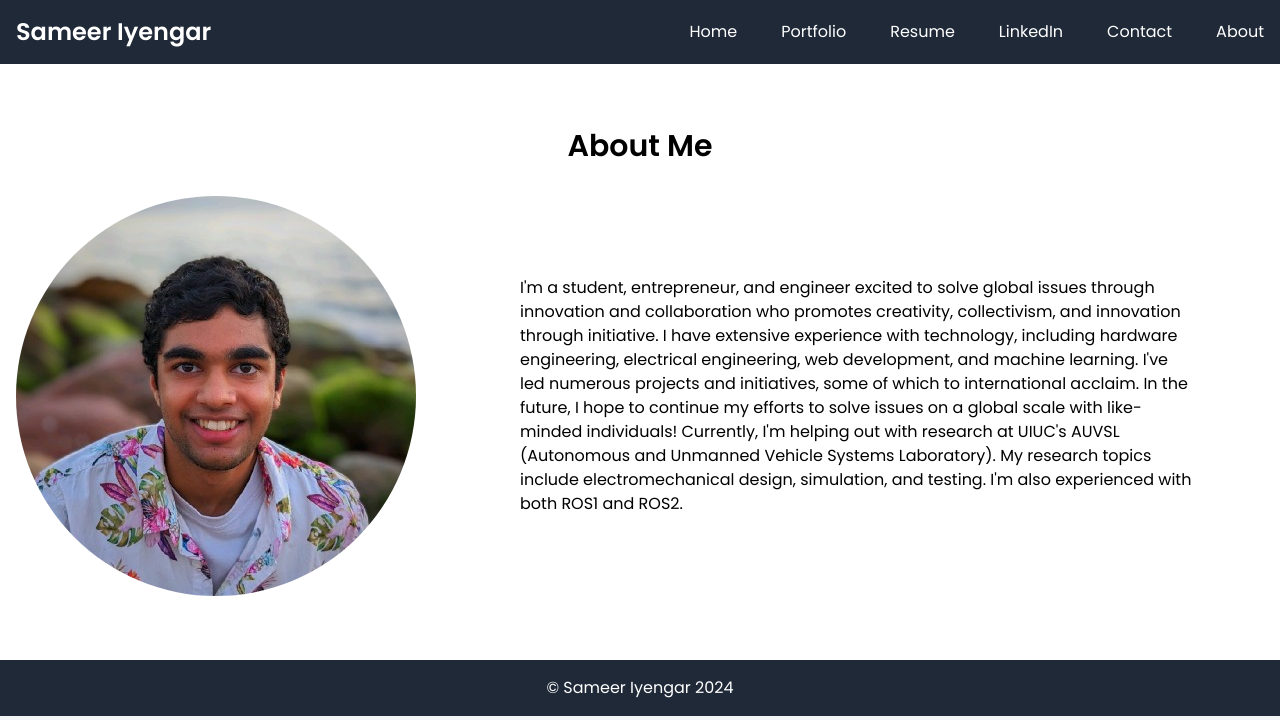
Repository: siyengar04/siyengar04.github.io
Page: about.html
These files come from the project's save history. The page is drawn as it stood at one moment and after the next save; the edit follows.
The browser window is 1280 px wide. The pictures show the whole page.
Some web libraries are served in a nearby version.

Above is the page before, as saved 2024-11-01 13:49:27.

### about.html
<!DOCTYPE html>
<html lang="en">

<head>
    <meta charset="UTF-8">
    <meta name="viewport" content="width=device-width, initial-scale=1.0">
    <title>Photography Portfolio</title>
    <script src="https://cdn.tailwindcss.com"></script>
    <link href="/src/output.css" rel="stylesheet">
    <link href="https://fonts.googleapis.com/css2?family=Poppins:wght@300;400;600&display=swap" rel="stylesheet">
    <style>
        body {
            font-family: 'Poppins', sans-serif;
        }
    </style>
</head>

<body class="bg-gray-100">
    <header class="bg-gray-800 text-white py-4">
        <div class="container mx-auto flex justify-between items-center px-4">
            <h1 class="text-2xl font-semibold">Sameer Iyengar</h1>
            <div class="md:hidden">
                <button id="nav-toggle" class="text-white focus:outline-none">
                    <svg xmlns="http://www.w3.org/2000/svg" class="h-6 w-6" fill="none" viewBox="0 0 24 24" stroke="currentColor">
                        <path stroke-linecap="round" stroke-linejoin="round" stroke-width="2" d="M4 6h16M4 12h16m-7 6h7" />
                    </svg>
                </button>
            </div>
            <nav id="nav-menu" class="hidden md:flex md:space-x-6">
                <ul class="flex flex-col md:flex-row space-y-4 md:space-y-0 md:space-x-6">
                    <li><a href="index.html" class="hover:text-gray-400">Home</a></li>
                    <li><a href="/portfolio.html" class="hover:text-gray-400">Portfolio</a></li>
                    <li><a href="/resume.html" class="hover:text-gray-400">Resume</a></li>
                    <li><a href="https://www.linkedin.com/in/sameer-iyengar/" class="hover:text-gray-400">LinkedIn</a></li>
                    <li><a href="/contact.html" class="hover:text-gray-400">Contact</a></li>
                    <li><a href="/about.html" class="hover:text-gray-400">About</a></li>
                </ul>
            </nav>
        </div>
    </header>
    <section id="about" class="about py-16 bg-white">
        <h2 class="text-3xl text-center font-bold mb-8">About Me</h2>

        <div class="container mx-auto px-4 flex flex-col md:flex-row items-center">
            <img src="/images/profile.jpg" alt="Profile Picture" class="w-100 h-100 rounded-full mb-8 md:mb-0 md:mr-8">
            <div class="text-left md:text-left md:flex-1">
                <p class="text-left max-w-2xl mx-auto">I'm a student, entrepreneur, and engineer excited to solve global issues through innovation and collaboration who promotes creativity, collectivism, and innovation through initiative. I have extensive experience with technology, including hardware engineering, electrical engineering, web development, and machine learning. I've led numerous projects and initiatives, some of which to international acclaim. In the future, I hope to continue my efforts to solve issues on a global scale with like-minded individuals! Currently, I'm helping out with research at UIUC's AUVSL (Autonomous and Unmanned Vehicle Systems Laboratory). My research topics include electromechanical design, simulation, and testing. I'm also experienced with both ROS1 and ROS2. </p>
            </div>
        </div>
    </section>


    <footer class="bg-gray-800 text-white text-center py-4">
        <div class="container mx-auto">
            <p>&copy; Sameer Iyengar 2024</p>
        </div>
    </footer>

    <script>
        const navToggle = document.getElementById('nav-toggle');
        const navMenu = document.getElementById('nav-menu');

        navToggle.addEventListener('click', () => {
            navMenu.classList.toggle('hidden');
        });
    </script>
</body>

</html>

### src/output.css
*, ::before, ::after {
  --tw-border-spacing-x: 0;
  --tw-border-spacing-y: 0;
  --tw-translate-x: 0;
  --tw-translate-y: 0;
  --tw-rotate: 0;
  --tw-skew-x: 0;
  --tw-skew-y: 0;
  --tw-scale-x: 1;
  --tw-scale-y: 1;
  --tw-pan-x:  ;
  --tw-pan-y:  ;
  --tw-pinch-zoom:  ;
  --tw-scroll-snap-strictness: proximity;
  --tw-gradient-from-position:  ;
  --tw-gradient-via-position:  ;
  --tw-gradient-to-position:  ;
  --tw-ordinal:  ;
  --tw-slashed-zero:  ;
  --tw-numeric-figure:  ;
  --tw-numeric-spacing:  ;
  --tw-numeric-fraction:  ;
  --tw-ring-inset:  ;
  --tw-ring-offset-width: 0px;
  --tw-ring-offset-color: #fff;
  --tw-ring-color: rgb(59 130 246 / 0.5);
  --tw-ring-offset-shadow: 0 0 #0000;
  --tw-ring-shadow: 0 0 #0000;
  --tw-shadow: 0 0 #0000;
  --tw-shadow-colored: 0 0 #0000;
  --tw-blur:  ;
  --tw-brightness:  ;
  --tw-contrast:  ;
  --tw-grayscale:  ;
  --tw-hue-rotate:  ;
  --tw-invert:  ;
  --tw-saturate:  ;
  --tw-sepia:  ;
  --tw-drop-shadow:  ;
  --tw-backdrop-blur:  ;
  --tw-backdrop-brightness:  ;
  --tw-backdrop-contrast:  ;
  --tw-backdrop-grayscale:  ;
  --tw-backdrop-hue-rotate:  ;
  --tw-backdrop-invert:  ;
  --tw-backdrop-opacity:  ;
  --tw-backdrop-saturate:  ;
  --tw-backdrop-sepia:  ;
  --tw-contain-size:  ;
  --tw-contain-layout:  ;
  --tw-contain-paint:  ;
  --tw-contain-style:  ;
}

::backdrop {
  --tw-border-spacing-x: 0;
  --tw-border-spacing-y: 0;
  --tw-translate-x: 0;
  --tw-translate-y: 0;
  --tw-rotate: 0;
  --tw-skew-x: 0;
  --tw-skew-y: 0;
  --tw-scale-x: 1;
  --tw-scale-y: 1;
  --tw-pan-x:  ;
  --tw-pan-y:  ;
  --tw-pinch-zoom:  ;
  --tw-scroll-snap-strictness: proximity;
  --tw-gradient-from-position:  ;
  --tw-gradient-via-position:  ;
  --tw-gradient-to-position:  ;
  --tw-ordinal:  ;
  --tw-slashed-zero:  ;
  --tw-numeric-figure:  ;
  --tw-numeric-spacing:  ;
  --tw-numeric-fraction:  ;
  --tw-ring-inset:  ;
  --tw-ring-offset-width: 0px;
  --tw-ring-offset-color: #fff;
  --tw-ring-color: rgb(59 130 246 / 0.5);
  --tw-ring-offset-shadow: 0 0 #0000;
  --tw-ring-shadow: 0 0 #0000;
  --tw-shadow: 0 0 #0000;
  --tw-shadow-colored: 0 0 #0000;
  --tw-blur:  ;
  --tw-brightness:  ;
  --tw-contrast:  ;
  --tw-grayscale:  ;
  --tw-hue-rotate:  ;
  --tw-invert:  ;
  --tw-saturate:  ;
  --tw-sepia:  ;
  --tw-drop-shadow:  ;
  --tw-backdrop-blur:  ;
  --tw-backdrop-brightness:  ;
  --tw-backdrop-contrast:  ;
  --tw-backdrop-grayscale:  ;
  --tw-backdrop-hue-rotate:  ;
  --tw-backdrop-invert:  ;
  --tw-backdrop-opacity:  ;
  --tw-backdrop-saturate:  ;
  --tw-backdrop-sepia:  ;
  --tw-contain-size:  ;
  --tw-contain-layout:  ;
  --tw-contain-paint:  ;
  --tw-contain-style:  ;
}

/*
! tailwindcss v3.4.14 | MIT License | https://tailwindcss.com
*/

/*
1. Prevent padding and border from affecting element width. (https://github.com/mozdevs/cssremedy/issues/4)
2. Allow adding a border to an element by just adding a border-width. (https://github.com/tailwindcss/tailwindcss/pull/116)
*/

*,
::before,
::after {
  box-sizing: border-box;
  /* 1 */
  border-width: 0;
  /* 2 */
  border-style: solid;
  /* 2 */
  border-color: #e5e7eb;
  /* 2 */
}

::before,
::after {
  --tw-content: '';
}

/*
1. Use a consistent sensible line-height in all browsers.
2. Prevent adjustments of font size after orientation changes in iOS.
3. Use a more readable tab size.
4. Use the user's configured `sans` font-family by default.
5. Use the user's configured `sans` font-feature-settings by default.
6. Use the user's configured `sans` font-variation-settings by default.
7. Disable tap highlights on iOS
*/

html,
:host {
  line-height: 1.5;
  /* 1 */
  -webkit-text-size-adjust: 100%;
  /* 2 */
  -moz-tab-size: 4;
  /* 3 */
  -o-tab-size: 4;
     tab-size: 4;
  /* 3 */
  font-family: ui-sans-serif, system-ui, sans-serif, "Apple Color Emoji", "Segoe UI Emoji", "Segoe UI Symbol", "Noto Color Emoji";
  /* 4 */
  font-feature-settings: normal;
  /* 5 */
  font-variation-settings: normal;
  /* 6 */
  -webkit-tap-highlight-color: transparent;
  /* 7 */
}

/*
1. Remove the margin in all browsers.
2. Inherit line-height from `html` so users can set them as a class directly on the `html` element.
*/

body {
  margin: 0;
  /* 1 */
  line-height: inherit;
  /* 2 */
}

/*
1. Add the correct height in Firefox.
2. Correct the inheritance of border color in Firefox. (https://bugzilla.mozilla.org/show_bug.cgi?id=190655)
3. Ensure horizontal rules are visible by default.
*/

hr {
  height: 0;
  /* 1 */
  color: inherit;
  /* 2 */
  border-top-width: 1px;
  /* 3 */
}

/*
Add the correct text decoration in Chrome, Edge, and Safari.
*/

abbr:where([title]) {
  -webkit-text-decoration: underline dotted;
          text-decoration: underline dotted;
}

/*
Remove the default font size and weight for headings.
*/

h1,
h2,
h3,
h4,
h5,
h6 {
  font-size: inherit;
  font-weight: inherit;
}

/*
Reset links to optimize for opt-in styling instead of opt-out.
*/

a {
  color: inherit;
  text-decoration: inherit;
}

/*
Add the correct font weight in Edge and Safari.
*/

b,
strong {
  font-weight: bolder;
}

/*
1. Use the user's configured `mono` font-family by default.
2. Use the user's configured `mono` font-feature-settings by default.
3. Use the user's configured `mono` font-variation-settings by default.
4. Correct the odd `em` font sizing in all browsers.
*/

code,
kbd,
samp,
pre {
  font-family: ui-monospace, SFMono-Regular, Menlo, Monaco, Consolas, "Liberation Mono", "Courier New", monospace;
  /* 1 */
  font-feature-settings: normal;
  /* 2 */
  font-variation-settings: normal;
  /* 3 */
  font-size: 1em;
  /* 4 */
}

/*
Add the correct font size in all browsers.
*/

small {
  font-size: 80%;
}

/*
Prevent `sub` and `sup` elements from affecting the line height in all browsers.
*/

sub,
sup {
  font-size: 75%;
  line-height: 0;
  position: relative;
  vertical-align: baseline;
}

sub {
  bottom: -0.25em;
}

sup {
  top: -0.5em;
}

/*
1. Remove text indentation from table contents in Chrome and Safari. (https://bugs.chromium.org/p/chromium/issues/detail?id=999088, https://bugs.webkit.org/show_bug.cgi?id=201297)
2. Correct table border color inheritance in all Chrome and Safari. (https://bugs.chromium.org/p/chromium/issues/detail?id=935729, https://bugs.webkit.org/show_bug.cgi?id=195016)
3. Remove gaps between table borders by default.
*/

table {
  text-indent: 0;
  /* 1 */
  border-color: inherit;
  /* 2 */
  border-collapse: collapse;
  /* 3 */
}

/*
1. Change the font styles in all browsers.
2. Remove the margin in Firefox and Safari.
3. Remove default padding in all browsers.
*/

button,
input,
optgroup,
select,
textarea {
  font-family: inherit;
  /* 1 */
  font-feature-settings: inherit;
  /* 1 */
  font-variation-settings: inherit;
  /* 1 */
  font-size: 100%;
  /* 1 */
  font-weight: inherit;
  /* 1 */
  line-height: inherit;
  /* 1 */
  letter-spacing: inherit;
  /* 1 */
  color: inherit;
  /* 1 */
  margin: 0;
  /* 2 */
  padding: 0;
  /* 3 */
}

/*
Remove the inheritance of text transform in Edge and Firefox.
*/

button,
select {
  text-transform: none;
}

/*
1. Correct the inability to style clickable types in iOS and Safari.
2. Remove default button styles.
*/

button,
input:where([type='button']),
input:where([type='reset']),
input:where([type='submit']) {
  -webkit-appearance: button;
  /* 1 */
  background-color: transparent;
  /* 2 */
  background-image: none;
  /* 2 */
}

/*
Use the modern Firefox focus style for all focusable elements.
*/

:-moz-focusring {
  outline: auto;
}

/*
Remove the additional `:invalid` styles in Firefox. (https://github.com/mozilla/gecko-dev/blob/2f9eacd9d3d995c937b4251a5557d95d494c9be1/layout/style/res/forms.css#L728-L737)
*/

:-moz-ui-invalid {
  box-shadow: none;
}

/*
Add the correct vertical alignment in Chrome and Firefox.
*/

progress {
  vertical-align: baseline;
}

/*
Correct the cursor style of increment and decrement buttons in Safari.
*/

::-webkit-inner-spin-button,
::-webkit-outer-spin-button {
  height: auto;
}

/*
1. Correct the odd appearance in Chrome and Safari.
2. Correct the outline style in Safari.
*/

[type='search'] {
  -webkit-appearance: textfield;
  /* 1 */
  outline-offset: -2px;
  /* 2 */
}

/*
Remove the inner padding in Chrome and Safari on macOS.
*/

::-webkit-search-decoration {
  -webkit-appearance: none;
}

/*
1. Correct the inability to style clickable types in iOS and Safari.
2. Change font properties to `inherit` in Safari.
*/

::-webkit-file-upload-button {
  -webkit-appearance: button;
  /* 1 */
  font: inherit;
  /* 2 */
}

/*
Add the correct display in Chrome and Safari.
*/

summary {
  display: list-item;
}

/*
Removes the default spacing and border for appropriate elements.
*/

blockquote,
dl,
dd,
h1,
h2,
h3,
h4,
h5,
h6,
hr,
figure,
p,
pre {
  margin: 0;
}

fieldset {
  margin: 0;
  padding: 0;
}

legend {
  padding: 0;
}

ol,
ul,
menu {
  list-style: none;
  margin: 0;
  padding: 0;
}

/*
Reset default styling for dialogs.
*/

dialog {
  padding: 0;
}

/*
Prevent resizing textareas horizontally by default.
*/

textarea {
  resize: vertical;
}

/*
1. Reset the default placeholder opacity in Firefox. (https://github.com/tailwindlabs/tailwindcss/issues/3300)
2. Set the default placeholder color to the user's configured gray 400 color.
*/

input::-moz-placeholder, textarea::-moz-placeholder {
  opacity: 1;
  /* 1 */
  color: #9ca3af;
  /* 2 */
}

input::placeholder,
textarea::placeholder {
  opacity: 1;
  /* 1 */
  color: #9ca3af;
  /* 2 */
}

/*
Set the default cursor for buttons.
*/

button,
[role="button"] {
  cursor: pointer;
}

/*
Make sure disabled buttons don't get the pointer cursor.
*/

:disabled {
  cursor: default;
}

/*
1. Make replaced elements `display: block` by default. (https://github.com/mozdevs/cssremedy/issues/14)
2. Add `vertical-align: middle` to align replaced elements more sensibly by default. (https://github.com/jensimmons/cssremedy/issues/14#issuecomment-634934210)
   This can trigger a poorly considered lint error in some tools but is included by design.
*/

img,
svg,
video,
canvas,
audio,
iframe,
embed,
object {
  display: block;
  /* 1 */
  vertical-align: middle;
  /* 2 */
}

/*
Constrain images and videos to the parent width and preserve their intrinsic aspect ratio. (https://github.com/mozdevs/cssremedy/issues/14)
*/

img,
video {
  max-width: 100%;
  height: auto;
}

/* Make elements with the HTML hidden attribute stay hidden by default */

[hidden]:where(:not([hidden="until-found"])) {
  display: none;
}

body {
  font-family: 'Poppins', sans-serif;
  margin: 0;
  padding: 0;
  box-sizing: border-box;
}

header {
  background-color: #333;
  padding: 20px 0;
  color: #fff;
}

header nav ul {
  display: flex;
  list-style-type: none;
  gap: 20px;
}

header nav ul li a {
  color: #fff;
  text-decoration: none;
}

.hero {
  background: url('images/hero.jpg') no-repeat center center/cover;
  height: 80vh;
  display: flex;
  align-items: center;
  justify-content: center;
  color: #fff;
  text-align: center;
}

.portfolio {
  padding: 40px 0;
}

.gallery {
  display: grid;
  grid-template-columns: repeat(auto-fit, minmax(200px, 1fr));
  gap: 20px;
}

.gallery img {
  width: 100%;
  height: auto;
}

.contact-btn {
  background-color: #333;
  color: #fff;
  padding: 10px 20px;
  text-decoration: none;
  border-radius: 5px;
}

footer {
  background-color: #333;
  color: #fff;
  text-align: center;
  padding: 10px 0;
}

After the next save:
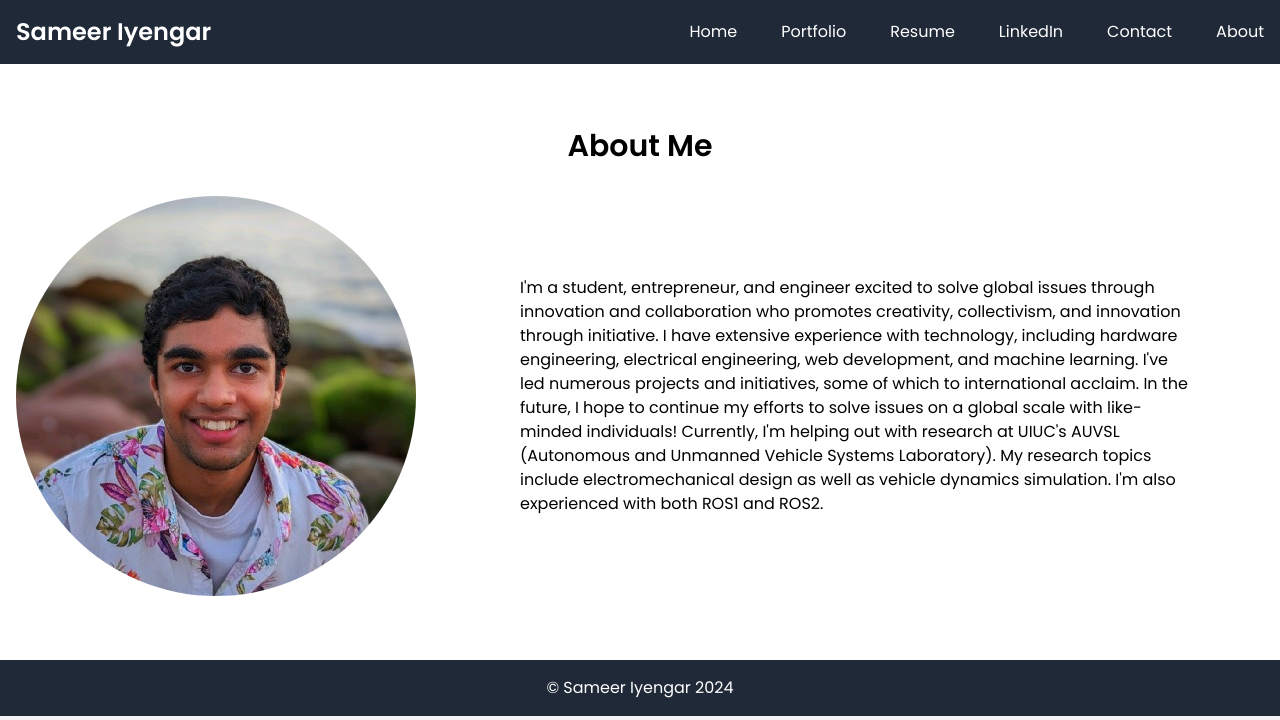
Saved 17 s later.
--- a/about.html
+++ b/about.html
@@ -44,7 +44,7 @@
         <div class="container mx-auto px-4 flex flex-col md:flex-row items-center">
             <img src="/images/profile.jpg" alt="Profile Picture" class="w-100 h-100 rounded-full mb-8 md:mb-0 md:mr-8">
             <div class="text-left md:text-left md:flex-1">
-                <p class="text-left max-w-2xl mx-auto">I'm a student, entrepreneur, and engineer excited to solve global issues through innovation and collaboration who promotes creativity, collectivism, and innovation through initiative. I have extensive experience with technology, including hardware engineering, electrical engineering, web development, and machine learning. I've led numerous projects and initiatives, some of which to international acclaim. In the future, I hope to continue my efforts to solve issues on a global scale with like-minded individuals! Currently, I'm helping out with research at UIUC's AUVSL (Autonomous and Unmanned Vehicle Systems Laboratory). My research topics include electromechanical design, simulation, and testing. I'm also experienced with both ROS1 and ROS2. </p>
+                <p class="text-left max-w-2xl mx-auto">I'm a student, entrepreneur, and engineer excited to solve global issues through innovation and collaboration who promotes creativity, collectivism, and innovation through initiative. I have extensive experience with technology, including hardware engineering, electrical engineering, web development, and machine learning. I've led numerous projects and initiatives, some of which to international acclaim. In the future, I hope to continue my efforts to solve issues on a global scale with like-minded individuals! Currently, I'm helping out with research at UIUC's AUVSL (Autonomous and Unmanned Vehicle Systems Laboratory). My research topics include electromechanical design as well as vehicle dynamics simulation. I'm also experienced with both ROS1 and ROS2. </p>
             </div>
         </div>
     </section>
